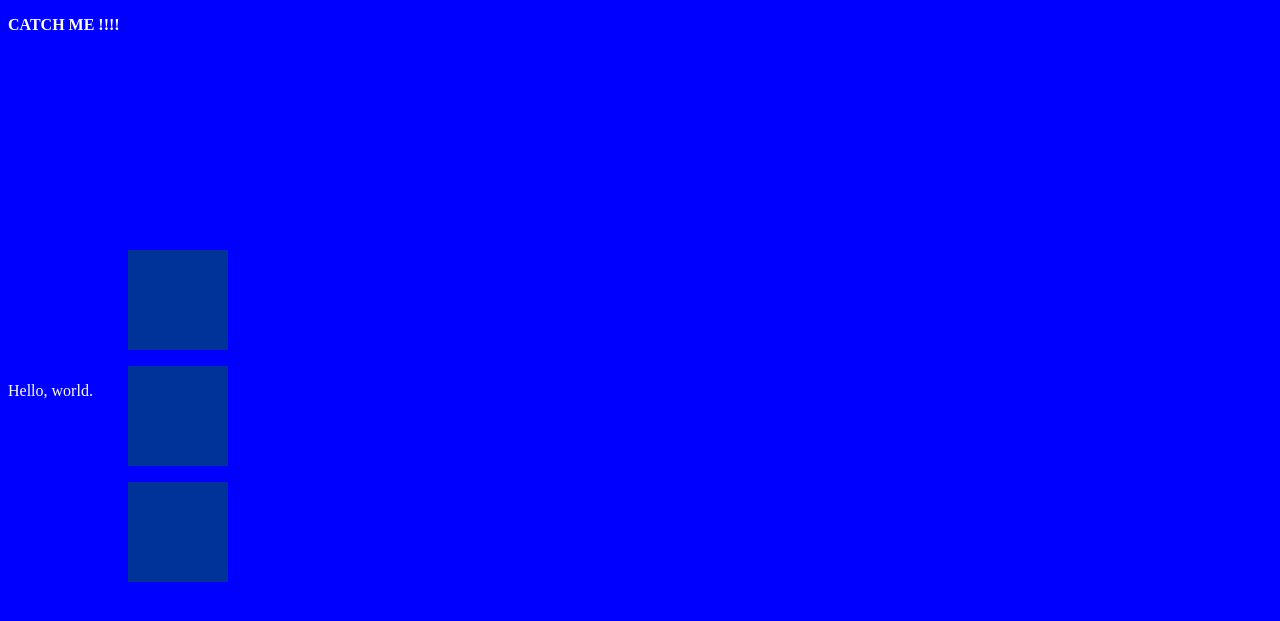
Repository: mong3270/mong3270.github.io
Page: Jenny.html
The author's editor kept a record of every edit. The page is drawn from the files as they stood at one moment, then again after the next edit.
The browser window is 1280 px wide. The pictures show the whole page.

Above is the page before.

### Jenny.html
<!DOCTYPE html>
<html>
	<head>

		<link href="index.css" rel="stylesheet" type="text/css" />

<html>
<head>
<style>
div {
    width: 100px;
    height: 100px;
    background: red;
    position: relative;
    -webkit-animation: myfirst 5s; /* Chrome, Safari, Opera */
    animation: myfirst 5s;
}

/* Chrome, Safari, Opera */
@-webkit-keyframes myfirst {
    0%   {background:red; left:0px; top:0px;}
    25%  {background:yellow; left:200px; top:0px;}
    50%  {background:blue; left:200px; top:200px;}
    75%  {background:green; left:0px; top:200px;}
    100% {background:red; left:0px; top:0px;}
}

/* Standard syntax */
@keyframes myfirst {
    0%   {background:red; left:0px; top:0px;}
    25%  {background:yellow; left:200px; top:0px;}
    50%  {background:blue; left:200px; top:200px;}
    75%  {background:green; left:0px; top:200px;}
    100% {background:red; left:0px; top:0px;}
}
</style>
</head>
<body>

<p><b>CATCH ME !!!!</b> </p>

<div></div>

</body>
</html>
<!DOCTYPE html>
<html>
<head>
<style>
div {
    width: 100px;
    height: 100px;
    background: red;
    position: relative;
    /* Chrome, Safari, Opera */
    -webkit-animation-name: myfirst;
    -webkit-animation-duration: 5s;
    -webkit-animation-timing-function: linear;
    -webkit-animation-delay: 2s;
    -webkit-animation-iteration-count: infinite;
    -webkit-animation-direction: alternate;
    -webkit-animation-play-state: running;
    /* Standard syntax */
    animation-name: myfirst;
    animation-duration: 5s;
    animation-timing-function: linear;
    animation-delay: 2s;
    animation-iteration-count: infinite;
    animation-direction: alternate;
    animation-play-state: running;
}

/* Chrome, Safari, Opera */
@-webkit-keyframes myfirst {
    0%   {background:red; left:0px; top:0px;}
    25%  {background:yellow; left:200px; top:0px;}
    50%  {background:blue; left:200px; top:200px;}
    75%  {background:green; left:0px; top:200px;}
    100% {background:red; left:0px; top:0px;}
}

/* Standard syntax */
@keyframes myfirst {
    0%   {background:red; left:0px; top:0px;}
    25%  {background:yellow; left:200px; top:0px;}
    50%  {background:blue; left:200px; top:200px;}
    75%  {background:green; left:0px; top:200px;}
    100% {background:red; left:0px; top:0px;}
}
</style>
</head>
<body>

<p><b></b></p>

<div></div>

</body>
</html>
<!DOCTYPE html>
<html>
<head>
<style>

</style>
</head>
<body>

<p><b></b> </p>

<div></div>

</body>
</html>



<html>
	<head>
		<title>Hello, world.</title>
	</head>
	<body>
		Hello, world.
	</body>
</html>

### index.css
body {
    background-color: blue;
    color: white;

}
h1 {
    color:blue;
    font-family:verdana;
    font-size:400%;
margin:50px;
}

After the next edit:
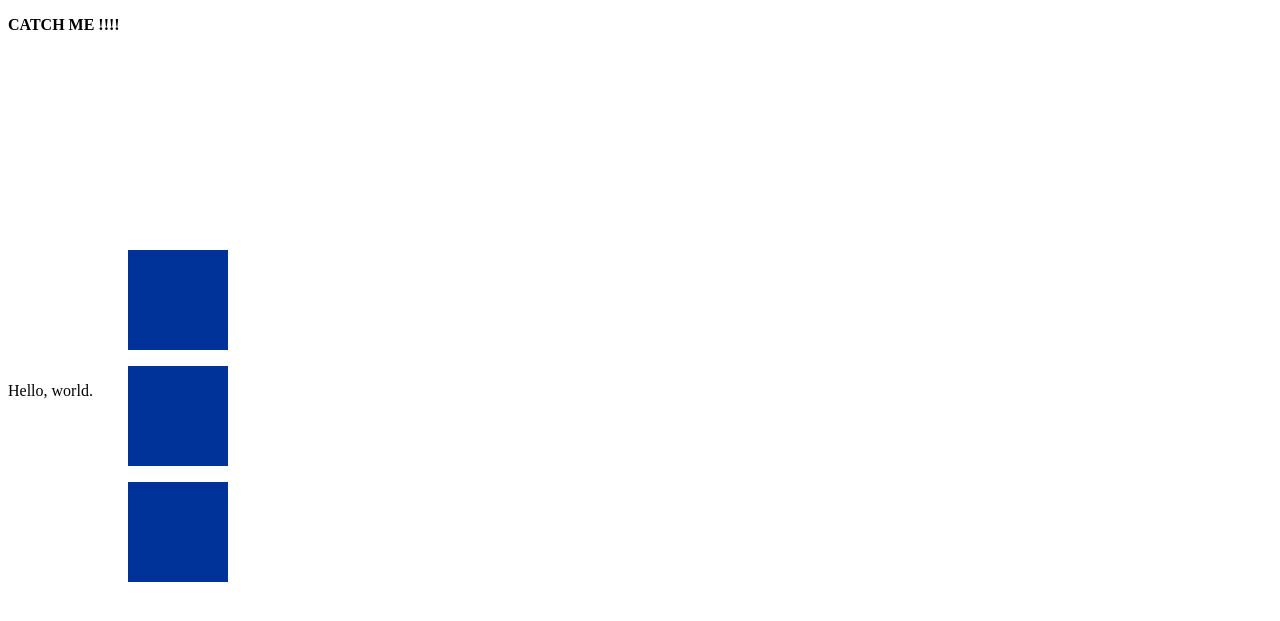
The edit:
--- a/index.css
+++ b/index.css
@@ -1,3 +1,42 @@
+div {
+    width: 100px;
+    height: 100px;
+    background: red;
+    position: relative;
+    -webkit-animation: myfirst 5s linear 2s infinite alternate; /* Chrome, Safari, Opera */
+    animation: myfirst 5s linear 2s infinite alternate;
+}
+
+/* Chrome, Safari, Opera */
+@-webkit-keyframes myfirst {
+    0%   {background:red; left:0px; top:0px;}
+    25%  {background:yellow; left:200px; top:0px;}
+    50%  {background:blue; left:200px; top:200px;}
+    75%  {background:green; left:0px; top:200px;}
+    100% {background:red; left:0px; top:0px;}
+}
+
+/* Standard syntax */
+@keyframes myfirst {
+    0%   {background:red; left:0px; top:0px;}
+    25%  {background:yellow; left:200px; top:0px;}
+    50%  {background:blue; left:200px; top:200px;}
+    75%  {background:green; left:0px; top:200px;}
+    100% {background:red; left:0px; top:0px;}
+}
+</style>
+</head>
+<body>
+
+<p><b>Note:</b> This example does not work in Internet Explorer 9 and earlier versions.</p>
+
+<div></div>
+
+</body>
+</html>
+
+
+
 body {
     background-color: blue;
     color: white;

After the edit that followed:
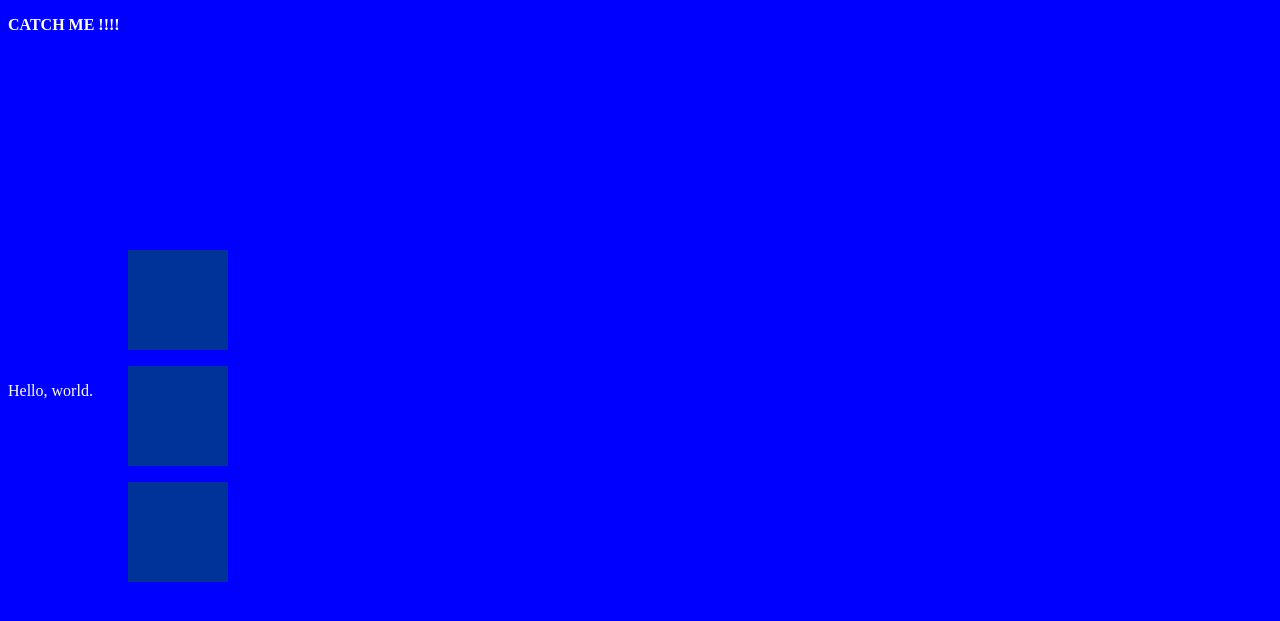
The edit:
--- a/index.css
+++ b/index.css
@@ -24,18 +24,6 @@
     75%  {background:green; left:0px; top:200px;}
     100% {background:red; left:0px; top:0px;}
 }
-</style>
-</head>
-<body>
-
-<p><b>Note:</b> This example does not work in Internet Explorer 9 and earlier versions.</p>
-
-<div></div>
-
-</body>
-</html>
-
-
 
 body {
     background-color: blue;
